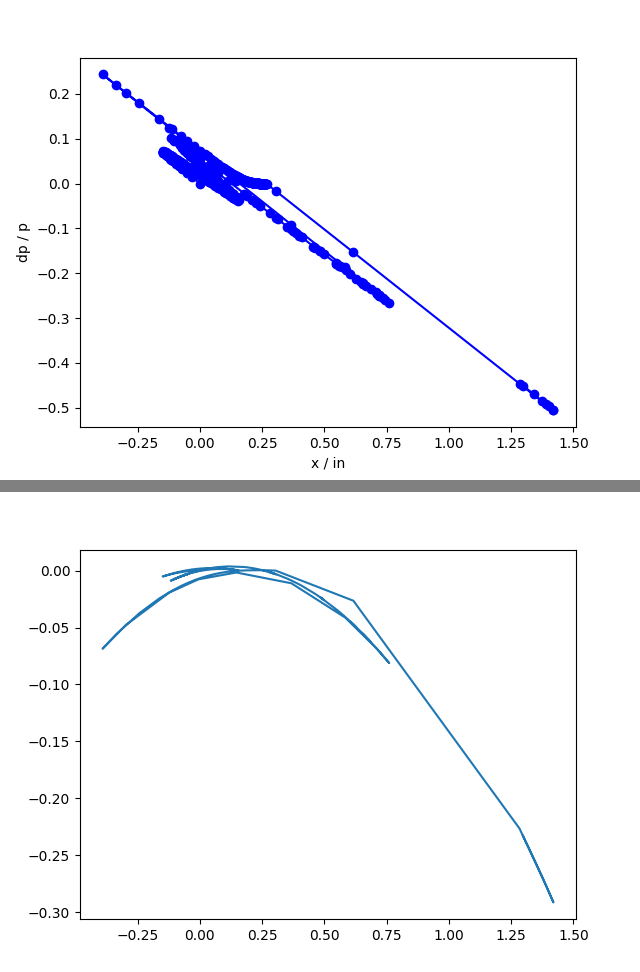
Repository: leiradom/Modified-linear-theory
Script's output: python 3_Shock_correction.py
The author's editor kept a copy of each file at every save. The script's output is drawn from the files as they stood at one save, then again after the next save.
Each picture stacks the figures in order, with grey between them; figures that are only written to a file come last. Random numbers start from a fixed seed.

Above is the script's output before, as saved 2021-04-08 21:26:22.

After the next save:
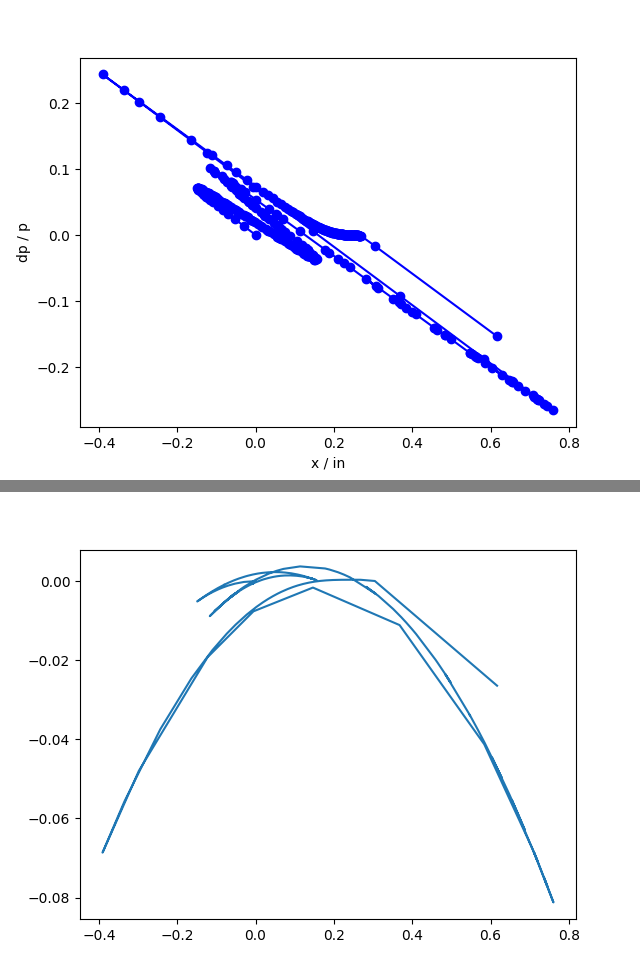
Saved 29 s later.
--- a/pressureDWB1.txt
+++ b/pressureDWB1.txt
@@ -375,11 +375,3 @@
 0.2681531722643983 -0.0005893142952281008
 0.30464254683741754 -0.01633015007000251
 0.6167148979624305 -0.15331648821175461
-1.2839685270277572 -0.4465684020215803
-1.3883432956962118 -0.4921760997247017
-1.4202361513777992 -0.505894650781081
-1.4190827565084012 -0.5050741715260458
-1.400903917045616 -0.496763132683027
-1.3738595930066846 -0.48455167872707205
-1.3417976199558717 -0.4701326596204739
-1.2979010741466186 -0.4505069011958362
